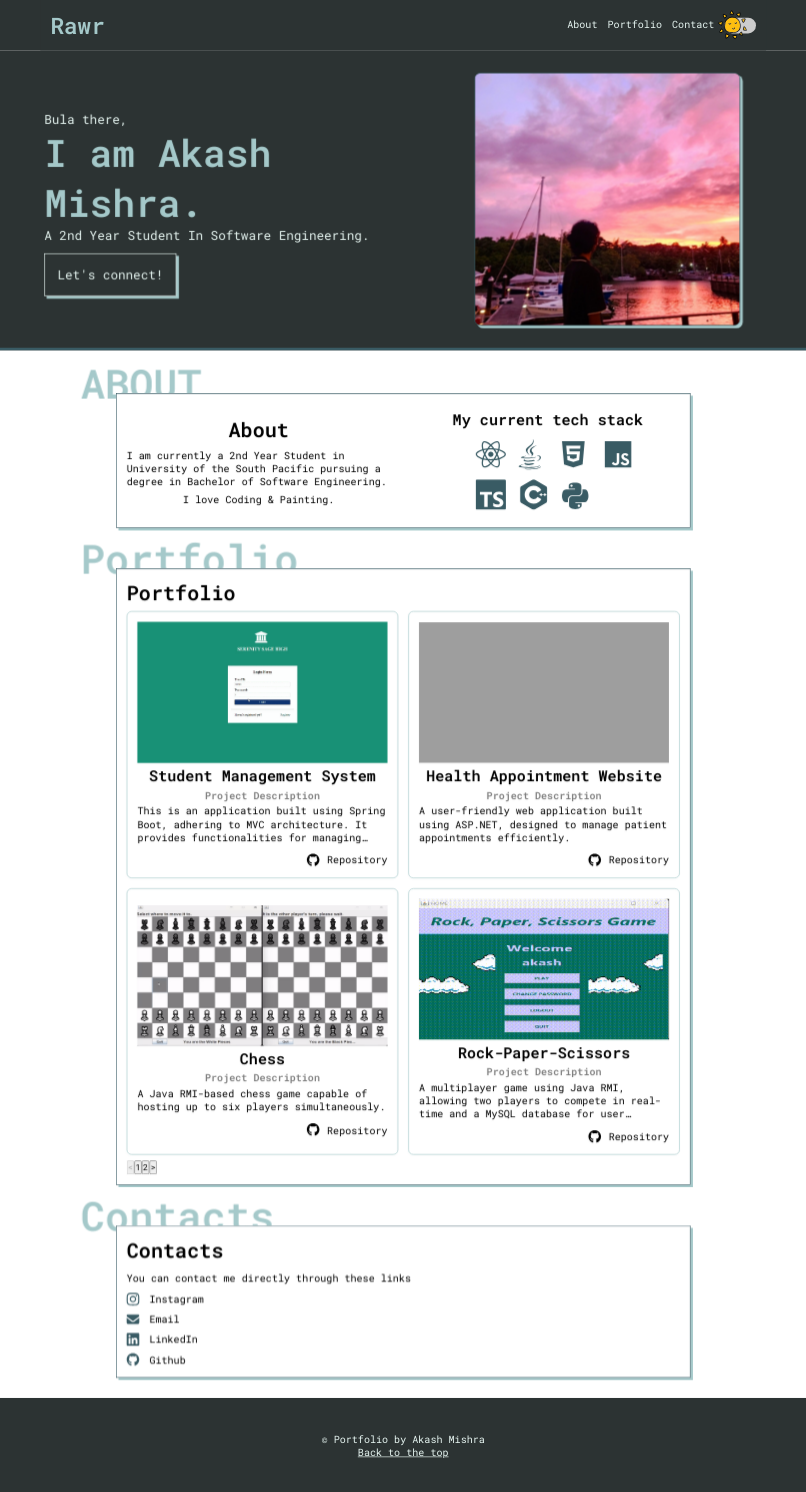
Repository: akashrawr/portfolio
Page: /
These files come from the project's save history. The page is drawn as it stood at one moment and after the next save; the edit follows.
The browser window is 1280 px wide. The pictures show the whole page, at 63% of full size.
Pictures or frames that could not be fetched are drawn as grey boxes. The project was rebuilt for these pictures with package versions that can differ from the ones it lists, and the page was loaded fresh each time.

Above is the page before, as saved 2024-12-12 12:41:16.

### public/index.html
<!DOCTYPE html>
<html lang="en">
  <head>
    <meta charset="utf-8" />
    <link rel="icon" href="%PUBLIC_URL%/favicon.ico" />
    <meta name="viewport" content="width=device-width, initial-scale=1" />
    <meta name="theme-color" content="#000000" />
    <meta
      name="description"
      content="Personal web Portfolio"
    />
    <link rel="apple-touch-icon" href="%PUBLIC_URL%/logo192.png" />
    <!--
      manifest.json provides metadata used when your web app is installed on a
      user's mobile device or desktop. See https://developers.google.com/web/fundamentals/web-app-manifest/
    -->
    <link rel="manifest" href="%PUBLIC_URL%/manifest.json" />
    <!--
      Notice the use of %PUBLIC_URL% in the tags above.
      It will be replaced with the URL of the `public` folder during the build.
      Only files inside the `public` folder can be referenced from the HTML.

      Unlike "/favicon.ico" or "favicon.ico", "%PUBLIC_URL%/favicon.ico" will
      work correctly both with client-side routing and a non-root public URL.
      Learn how to configure a non-root public URL by running `npm run build`.
    -->
    <title>akashrawr</title>
  </head>
  <body>
    <noscript>You need to enable JavaScript to run this app.</noscript>
    <div id="root"></div>
    <!--
      This HTML file is a template.
      If you open it directly in the browser, you will see an empty page.

      You can add webfonts, meta tags, or analytics to this file.
      The build step will place the bundled scripts into the <body> tag.

      To begin the development, run `npm start` or `yarn start`.
      To create a production bundle, use `npm run build` or `yarn build`.
    -->
  </body>
</html>

### src/App.js
import React, { useState, useEffect } from 'react';
import './App.css';
import AOS from 'aos';
import 'aos/dist/aos.css';
import { FontAwesomeIcon } from '@fortawesome/react-fontawesome';
import { faReact, faJava, faHtml5, faJs, faPython, faInstagram, faGithub, faLinkedin } from '@fortawesome/free-brands-svg-icons';
import { SiTypescript, SiCplusplus } from 'react-icons/si';
import { faLaptopCode, faEnvelope } from '@fortawesome/free-solid-svg-icons';



function App() {
  useEffect(() => {
    AOS.init({ once: true, delay: 0 });
  }, []);

  const [isNavVisible, setIsNavVisible] = useState(false);
  const [darkMode, setDarkMode] = useState(false);

  const toggleNav = () => {
    setIsNavVisible(!isNavVisible);
  };

  const toggleDarkMode = () => {
    setDarkMode(!darkMode);
    document.body.classList.toggle('dark-mode', !darkMode);
  };

  return (
    <div>
      <Header
        isNavVisible={isNavVisible}
        toggleNav={toggleNav}
        darkMode={darkMode}
        toggleDarkMode={toggleDarkMode}
      />
      <Main />
      <Footer />
    </div>
  );
}

function Header({ isNavVisible, toggleNav, darkMode, toggleDarkMode }) {
  return (
    <header>
      <nav className="navbar-nav">
        <div className="nav-logo">
          <h1>Rawr</h1>
        </div>

        <button
          className="mobile-nav-toggle"
          aria-controls="primary-nav"
          aria-expanded={isNavVisible}
          onClick={toggleNav}
        ></button>

        <ul
          id="primary-nav"
          className={`primary-nav ${isNavVisible ? 'visible' : ''}`}
          data-visible={isNavVisible}
        >
          <li>
            <a className="nav-link" href="#about">About</a>
          </li>
          <li>
            <a className="nav-link" href="#portfolio">Portfolio</a>
          </li>
          <li>
            <a className="nav-link" href="#contact">Contact</a>
          </li>
          <li>
            <label className="switch" aria-label="Toggle dark mode">
            <input
              type="checkbox"
              checked={darkMode}
              onChange={toggleDarkMode}
              aria-checked={darkMode}
            />
            <span className="slider round">
              {/* Display sun icon when darkMode is false (light mode) */}
              {!darkMode ? (
                <img className="icon" src="./assets/icons/sun.svg" alt="Light Mode" />
              ) : (
                // Display moon icon when darkMode is true (dark mode)
                <img className="icon" src="./assets/icons/moon.svg" alt="Dark Mode" />
              )}
            </span>
          </label>
          </li>
        </ul>
      </nav>
    </header>
  );
}

function Main() {
  return (
    <main>
      <Hero />
      <About />
      <Portfolio />
      <Contact />
    </main>
  );
}

function Hero() {
  return (
    <section id="hero">
      <div className="hero-main-container">
        {/* Text and Button Container */}
        <div className="hero-container">
          <div className="hero-text-container" data-aos="fade-up">
            <p>Bula there,</p>
            <h2>I am Akash Mishra.</h2>
            <p>A 2nd Year Student In Software Engineering.</p>
          </div>
          <a href="#contact" className="hero-button" data-aos="fade-up">
            Let's connect!
          </a>
        </div>

        {/* Image Container */}
        <div className="hero-img" data-aos="fade-up">
          <img className="hero-image" src="./assets/images/akash.jpg" alt="akash" />
        </div>
      </div>
    </section>
  );
}

function About() {
  return (
    <section id="about">
      <div className="section-highlight" data-aos="fade-up">ABOUT</div>
      <div className="about-container" data-aos="fade-up">
        <div className="about-card">
          <section className="about-content">
            <h2> About</h2>
            <p>I am currently a 2nd Year Student in University of the South Pacific pursuing a degree in Bachelor of Software Engineering.</p>
            <p>I love Coding & Painting.</p>
          </section>

          <section className="about-content tech-stack-section">
            <h3>My current tech stack</h3>
            <div className="tech-stack-grid">
      <div className="tech-stack">
        <FontAwesomeIcon icon={faReact} className="about-icon" />
      </div>
      <div className="tech-stack">
        <FontAwesomeIcon icon={faJava} className="about-icon" />
      </div>
      <div className="tech-stack">
        <FontAwesomeIcon icon={faHtml5} className="about-icon" />
      </div>
      <div className="tech-stack">
        <FontAwesomeIcon icon={faJs} className="about-icon" />
      </div>
      <div className="tech-stack">
        <SiTypescript className="about-icon ts-icon" />
      </div>
      <div className="tech-stack">
        <SiCplusplus className="about-icon cpp-icon" />
      </div>
      <div className="tech-stack">
        <FontAwesomeIcon icon={faPython} className="about-icon" />
      </div>
    </div>
          </section>
        </div>
      </div>
    </section>
  );
}

const projects = [
  {
    imgSrc: './assets/images/SMS.gif',
    altText: 'project-SMS',
    title: 'Student Management System',
    description: 'This is an application built using Spring Boot, adhering to MVC architecture. It provides functionalities for managing student records.',
    repoLink: 'https://github.com/akashrawr/Student-Management-System-Springboot.git',
  },
  {
    imgSrc: './assets/images/health.gif',
    altText: 'project-Health',
    title: 'Health Appointment Website',
    description: 'A user-friendly web application built using ASP.NET, designed to manage patient appointments efficiently.',
    repoLink: 'https://github.com/akashrawr/Medical_Website.git',
  },
  {
    imgSrc: './assets/images/chess.gif',
    altText: 'project-Chess',
    title: 'Chess',
    description: 'A Java RMI-based chess game capable of hosting up to six players simultaneously.',
    repoLink: 'https://github.com/akashrawr/ChessRMI.git',
  },
  {
    imgSrc: './assets/images/rps.gif',
    altText: 'project-RPS',
    title: 'Rock-Paper-Scissors',
    description: 'A multiplayer game using Java RMI, allowing two players to compete in real-time and a MySQL database for user tracking.',
    repoLink: 'https://github.com/akashrawr/RockPaperScissors-RMI.git',
  },
  {
    imgSrc: './assets/images/weather.gif',
    altText: 'project-Weather-App',
    title: 'Weather App',
    description: 'A weather forecasting application built using React and TypeScript. It utilizes an external API to fetch real-time weather data.',
    repoLink: 'https://weatherapp-react-ts.vercel.app/',
    liveDemoLink: 'https://github.com/akashrawr/WeatherApp-React-TS.git',
  },
  {
    imgSrc: './assets/images/movielist.gif',
    altText: 'project-Movielist',
    title: 'Movie List App',
    description: 'A React-based application to create and manage a personal movie watchlist with local storage integration for saving data.',
    repoLink: 'https://github.com/akashrawr/MovieWatchList-React.git',
    liveDemoLink: 'https://watch-list.vercel.app/',
  },
  {
    imgSrc: './assets/images/nqueen.gif',
    altText: 'project-Nqueen',
    title: 'N-Queen Solver',
    description: 'A Java-based solution to the N-Queen problem, implementing different types of algorithms to find various queen placements on a chessboard.',
    repoLink: 'https://github.com/akashrawr/N-Queen-Solver.git',
  },
  {
    imgSrc: './assets/images/coming-soon.gif',
    altText: 'project-Soon',
    title: 'Project Name',
    description: 'Lorem ipsum dolor sit amet, consectetur adipiscing elit. Quisque egestas ornare lorem ullamcorper gravida. In venenatis in diam ut tempor.',
    repoLink: '#',
    liveDemoLink: '#',
  },
];

function Portfolio() {
  const [currentPage, setCurrentPage] = useState(1);
  const projectsPerPage = 4;

  // Calculate total pages
  const totalPages = Math.ceil(projects.length / projectsPerPage);

  // Calculate current projects to display
  const indexOfLastProject = currentPage * projectsPerPage;
  const indexOfFirstProject = indexOfLastProject - projectsPerPage;
  const currentProjects = projects.slice(indexOfFirstProject, indexOfLastProject);

  const handleNext = () => {
    setCurrentPage((prevPage) => (prevPage < totalPages ? prevPage + 1 : prevPage));
  };

  const handlePrevious = () => {
    setCurrentPage((prevPage) => (prevPage > 1 ? prevPage - 1 : prevPage));
  };

  const handlePageClick = (page) => {
    setCurrentPage(page);
  };

  return (
    <section id="portfolio">
      <div className="section-highlight" data-aos="fade-up">
        Portfolio
      </div>
      <div className="portfolio-container" data-aos="fade-up">
        <div className="portfolio-card">
          <div className="portfolio-content">
            <h2>Portfolio</h2>
            {/* Project Container */}
            <div className="project-container">
              {currentProjects.map((project, index) => (
                <section className="project-card" key={index}>
                  <img
                    className="project-img"
                    src={project.imgSrc}
                    alt={project.altText}
                  />
                  <h3>{project.title}</h3>
                  <h5>Project Description</h5>
                  <p>{project.description}</p>
                  <div className="project-card-links">
                    <a href={project.repoLink} className="project-link">
                      <FontAwesomeIcon icon={faGithub} className="project-icons" />
                      Repository
                    </a>
                    {project.liveDemoLink && (
                      <a href={project.liveDemoLink} className="project-link">
                        <FontAwesomeIcon icon={faLaptopCode} className="project-icons" />
                        Live Demo
                      </a>
                    )}
                  </div>
                </section>
              ))}
            </div>
            {/* End of Project Container */}

            {/* Pagination Controls */}
            <div className="pagination">
              <button onClick={handlePrevious} disabled={currentPage === 1}>
                &lt;
              </button>
              {[...Array(totalPages)].map((_, index) => (
                <button
                  key={index + 1}
                  onClick={() => handlePageClick(index + 1)}
                  className={currentPage === index + 1 ? 'active' : ''}
                >
                  {index + 1}
                </button>
              ))}
              <button onClick={handleNext} disabled={currentPage === totalPages}>
                &gt;
              </button>
            </div>
          </div>
        </div>
      </div>
    </section>
  );
}



function Contact() {
  return (
    <section id="contact">
      <h2 className="section-highlight" data-aos="fade-up">Contacts</h2>
      <div className="contact-container" data-aos="fade-up">
        <div className="contact-card">
          <h2>Contacts</h2>
          <p>You can contact me directly through these links</p>

          <div className="contact-links">
            <a href="https://www.instagram.com/_acnologxa" className="contact-link">
              <FontAwesomeIcon icon={faInstagram} className="contact-icons" />
              Instagram
            </a>

            <a href="mailto:akashkm553@gmail.com" className="contact-link">
              <FontAwesomeIcon icon={faEnvelope} className="contact-icons" />
              Email
            </a>

            <a href="https://www.linkedin.com/in/akashmishra-rawr" className="contact-link">
              <FontAwesomeIcon icon={faLinkedin} className="contact-icons" />
              LinkedIn
            </a>

            <a href="https://github.com/akashrawr" className="contact-link">
              <FontAwesomeIcon icon={faGithub} className="contact-icons" />
              Github
            </a>
          </div>
        </div>
      </div>
    </section>
  );
}

function Footer() {
  return (
    <footer>

      <div className="footer-content">
        © Portfolio by Akash Mishra <br/>
        <a href="#hero">Back to the top</a>
      </div>
    </footer>
  );
}

export default App;

Loaded but not shown: src/index.js (common file); src/index.css (common file); src/reportWebVitals.js (common file); src/App.css (815 lines, source omitted)

After the next save:
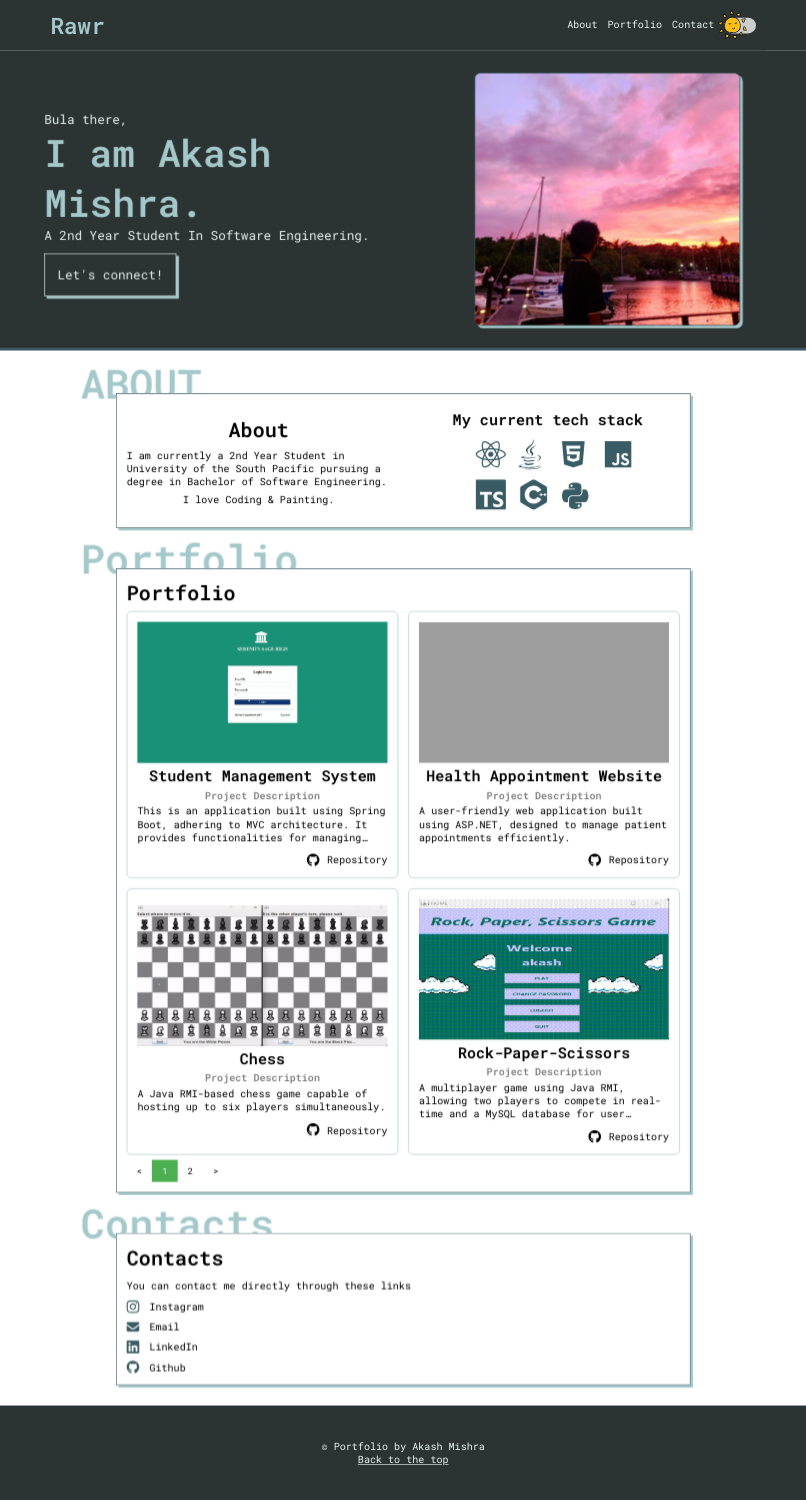
Saved 35 s later.
--- a/src/App.js
+++ b/src/App.js
@@ -174,6 +174,8 @@ function About() {
   );
 }
 
+
+
 const projects = [
   {
     imgSrc: './assets/images/SMS.gif',
@@ -300,21 +302,22 @@ function Portfolio() {
 
             {/* Pagination Controls */}
             <div className="pagination">
-              <button onClick={handlePrevious} disabled={currentPage === 1}>
+              <a href="#!" onClick={handlePrevious} disabled={currentPage === 1}>
                 &lt;
-              </button>
+              </a>
               {[...Array(totalPages)].map((_, index) => (
-                <button
+                <a
                   key={index + 1}
+                  href="#!"
                   onClick={() => handlePageClick(index + 1)}
                   className={currentPage === index + 1 ? 'active' : ''}
                 >
                   {index + 1}
-                </button>
+                </a>
               ))}
-              <button onClick={handleNext} disabled={currentPage === totalPages}>
+              <a href="#!" onClick={handleNext} disabled={currentPage === totalPages}>
                 &gt;
-              </button>
+              </a>
             </div>
           </div>
         </div>
@@ -322,6 +325,8 @@ function Portfolio() {
     </section>
   );
 }
+
+
 
 
 
